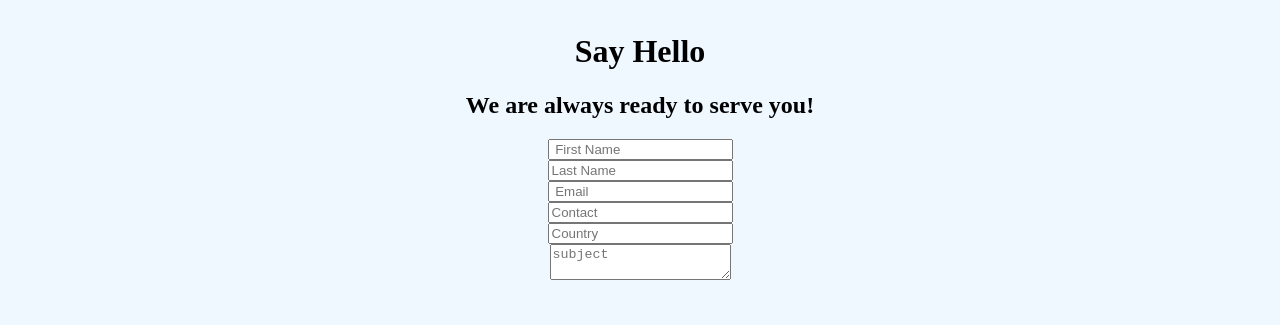
Repository: Owusuharriet/HW1-HAMAH.index.html
Page: index.htm
These files come from the project's save history. The page is drawn as it stood at one moment and after a run of saves; the edit follows.
The browser window is 1280 px wide. The pictures show the whole page.

Above is the page before, as saved 2020-08-03 23:02:49.

After the next 10 saves:
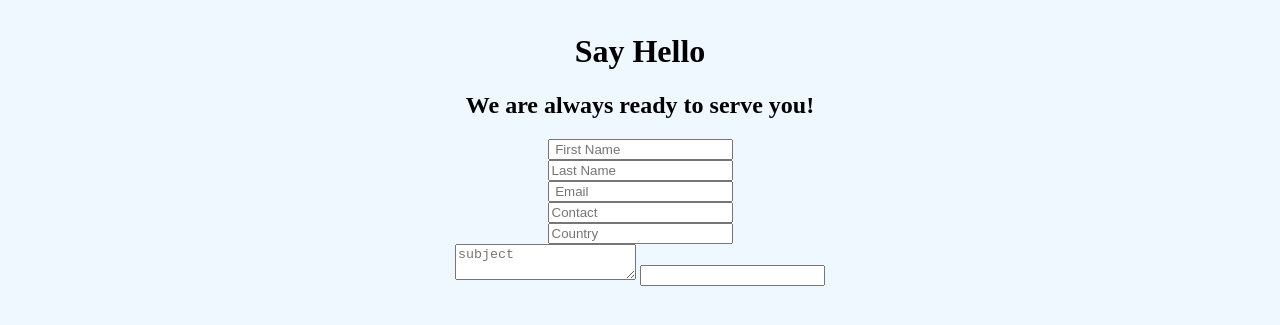
The 10 saves are shown as one change because they came seconds apart.
The last was saved 19 s later.
--- a/index.htm
+++ b/index.htm
@@ -26,7 +26,7 @@
         <br>
         <textarea name="subject" type="subject" class="form-control" placeholder="subject" required></textarea>
 
-
+        <input type=""
 
 
     </div>
